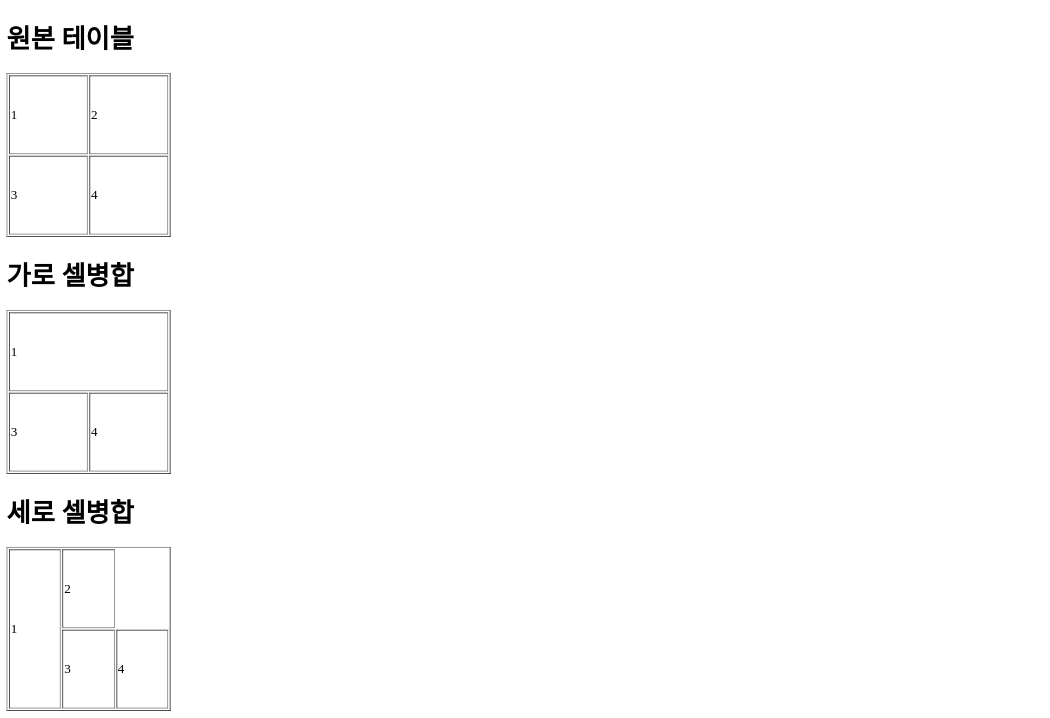
Repository: chanjin5212/Full-Stack-study
Page: client/ClientTest/src/main/webapp/html/ex17_table.html
The author's editor kept a copy of each file at every save. The page is drawn from the files as they stood at one save, then again after the next save.
The browser window is 1280 px wide. The pictures show the whole page, at 82% of full size.

Above is the page before, as saved 2022-05-24 07:21:12.

### client/ClientTest/src/main/webapp/html/ex17_table.html
<!DOCTYPE html>
<html>
<head>
<meta charset="UTF-8">
<title>Insert title here</title>
</head>
<body>
	<!-- ex17_table.html -->

	<h1>원본 테이블</h1>

	<table border width="200" height="200">
		<tr>
			<td>1</td>
			<td>2</td>
		</tr>
		<tr>
			<td>3</td>
			<td>4</td>
		</tr>
	</table>


	<!-- 각각의 <tr>내의 <td> 개수는 동일해야 한다!!! -->
	<h1>가로 셀병합</h1>

	<table border width="200" height="200">
		<tr>
			<td colspan="2">1</td>
		</tr>
		<tr>
			<td>3</td>
			<td>4</td>
		</tr>
	</table>



	<h1>세로 셀병합</h1>

	<table border width="200" height="200">
		<tr>
			<td rowspan="2">1</td>
			<td>2</td>
		</tr>
		<tr>
			<td>3</td>
			<td>4</td>
		</tr>
	</table>

</body>
</html>

After the next save:
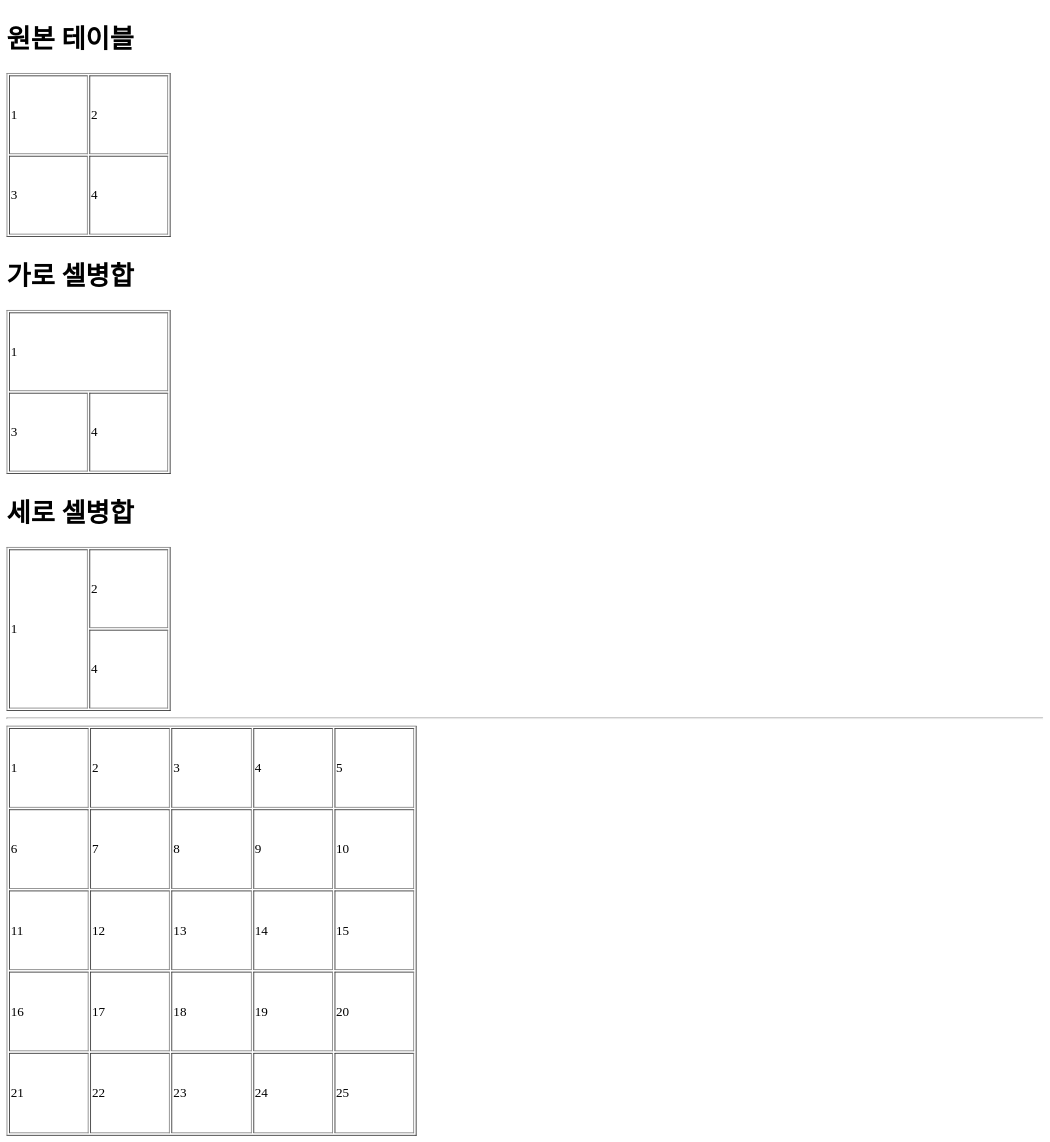
Saved 15 s later.
--- a/client/ClientTest/src/main/webapp/html/ex17_table.html
+++ b/client/ClientTest/src/main/webapp/html/ex17_table.html
@@ -21,6 +21,7 @@
 	</table>
 
 
+
 	<!-- 각각의 <tr>내의 <td> 개수는 동일해야 한다!!! -->
 	<h1>가로 셀병합</h1>
 
@@ -36,6 +37,7 @@
 
 
 
+
 	<h1>세로 셀병합</h1>
 
 	<table border width="200" height="200">
@@ -44,10 +46,55 @@
 			<td>2</td>
 		</tr>
 		<tr>
-			<td>3</td>
 			<td>4</td>
 		</tr>
 	</table>
 
+	<hr>
+
+
+	<table border width="500" height="500">
+		<tr>
+			<td>1</td>
+			<td>2</td>
+			<td>3</td>
+			<td>4</td>
+			<td>5</td>
+		</tr>
+		<tr>
+			<td>6</td>
+			<td>7</td>
+			<td>8</td>
+			<td>9</td>
+			<td>10</td>
+		</tr>
+		<tr>
+			<td>11</td>
+			<td>12</td>
+			<td>13</td>
+			<td>14</td>
+			<td>15</td>
+		</tr>
+		<tr>
+			<td>16</td>
+			<td>17</td>
+			<td>18</td>
+			<td>19</td>
+			<td>20</td>
+		</tr>
+		<tr>
+			<td>21</td>
+			<td>22</td>
+			<td>23</td>
+			<td>24</td>
+			<td>25</td>
+		</tr>
+	</table>
+
+
+
+
+
+
 </body>
 </html>
